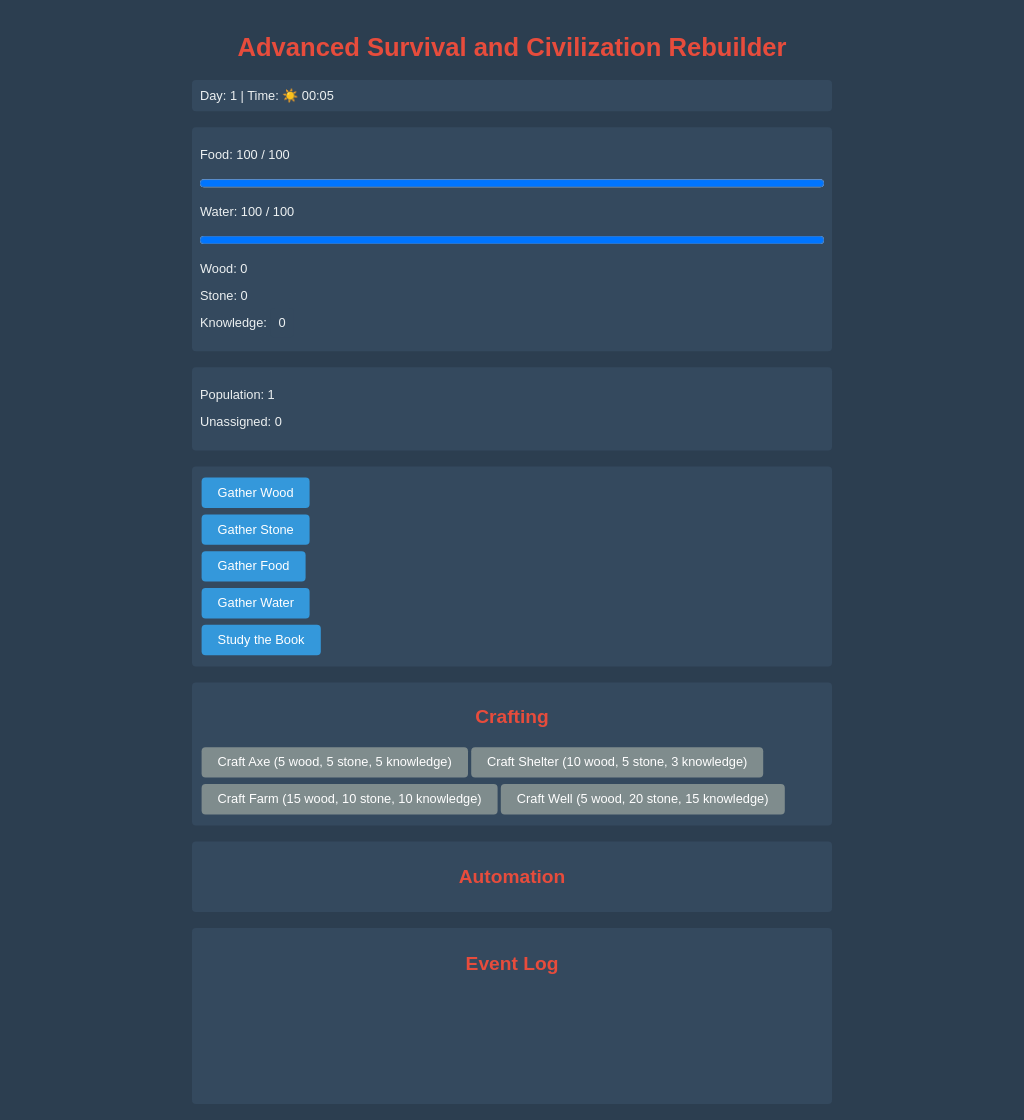
Repository: kingpinzs/afk-post-apocalyptic
Page: index.html
The author's editor kept a copy of each file at every save. The page is drawn from the files as they stood at one save, then again after the next save.
The browser window is 1280 px wide. The pictures show the whole page, at 80% of full size.

Above is the page before, as saved 2024-09-10 08:15:49.

After the next save:
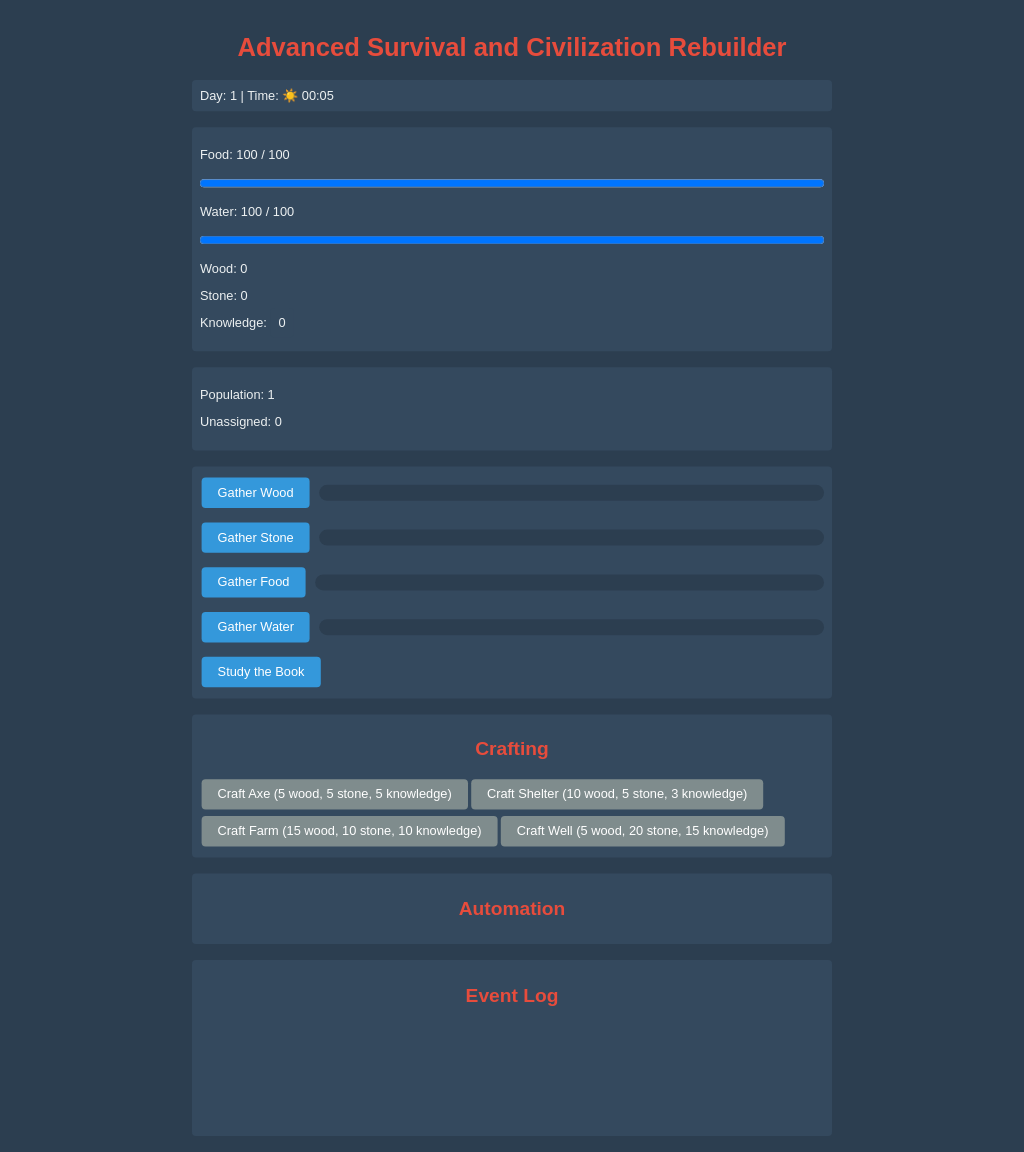
Saved 4 min 57 s later.
--- a/styles.css
+++ b/styles.css
@@ -91,3 +91,25 @@ progress {
 .popup button {
     margin-top: 10px;
 }
+
+.gather-action {
+    display: flex;
+    align-items: center;
+    margin-bottom: 10px;
+}
+
+.progress-bar-container {
+    flex-grow: 1;
+    height: 20px;
+    background-color: #2c3e50;
+    margin-left: 10px;
+    border-radius: 10px;
+    overflow: hidden;
+}
+
+.progress-bar {
+    width: 0;
+    height: 100%;
+    background-color: #27ae60;
+    transition: width 0.1s linear;
+}
